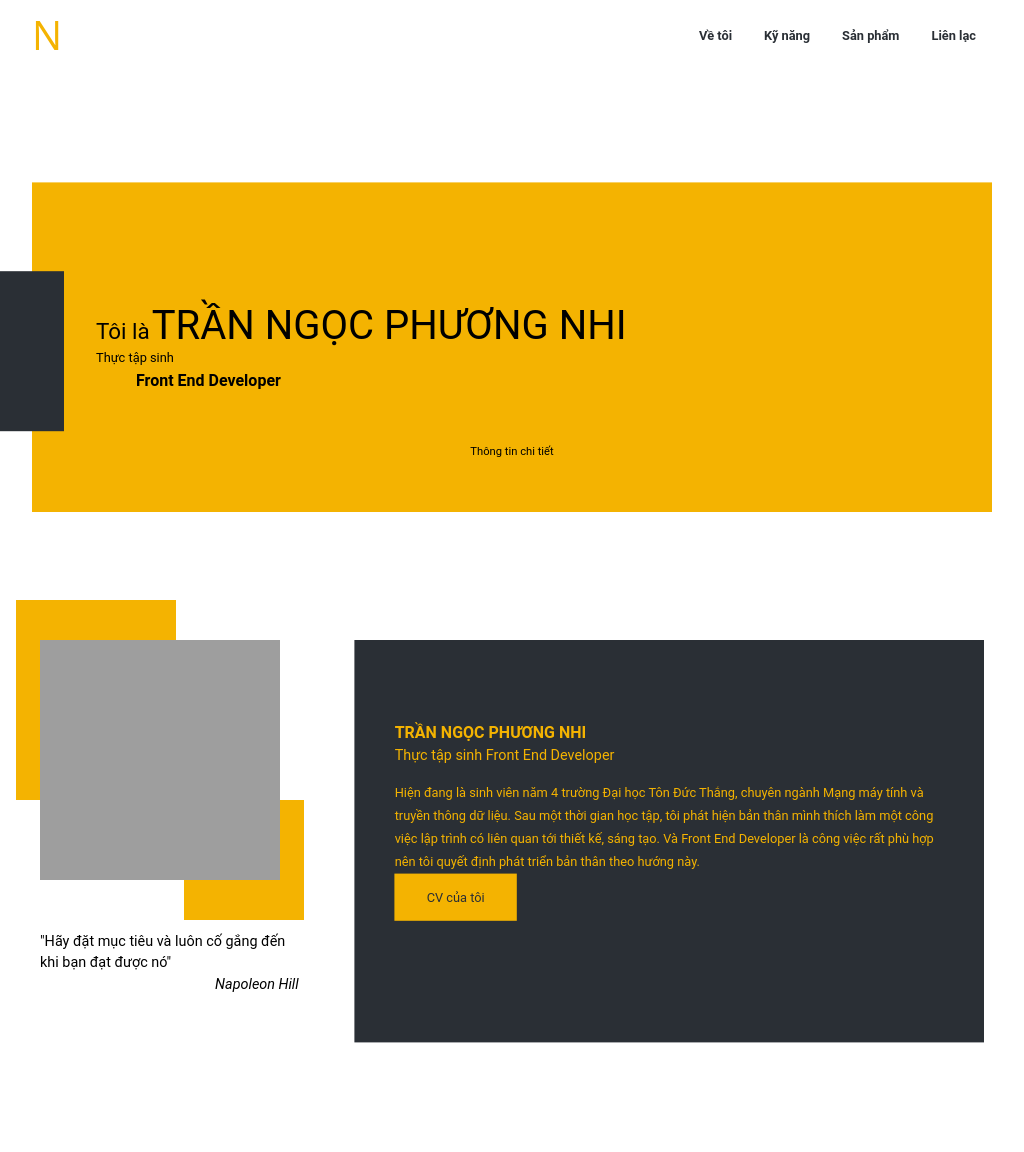
Repository: TranNgocPhuongNhi/my-portfolio
Page: index.html
These files come from the project's save history. The page is drawn as it stood at one moment and after the next save; the edit follows.
The browser window is 1280 px wide. The pictures show the whole page, at 80% of full size.
Pictures or frames that could not be fetched are drawn as grey boxes. Some icons come from a web library that is not loaded, so they are not drawn. Some web libraries are served in a nearby version.

Above is the page before, as saved 2021-07-04 16:30:18.

After the next save:
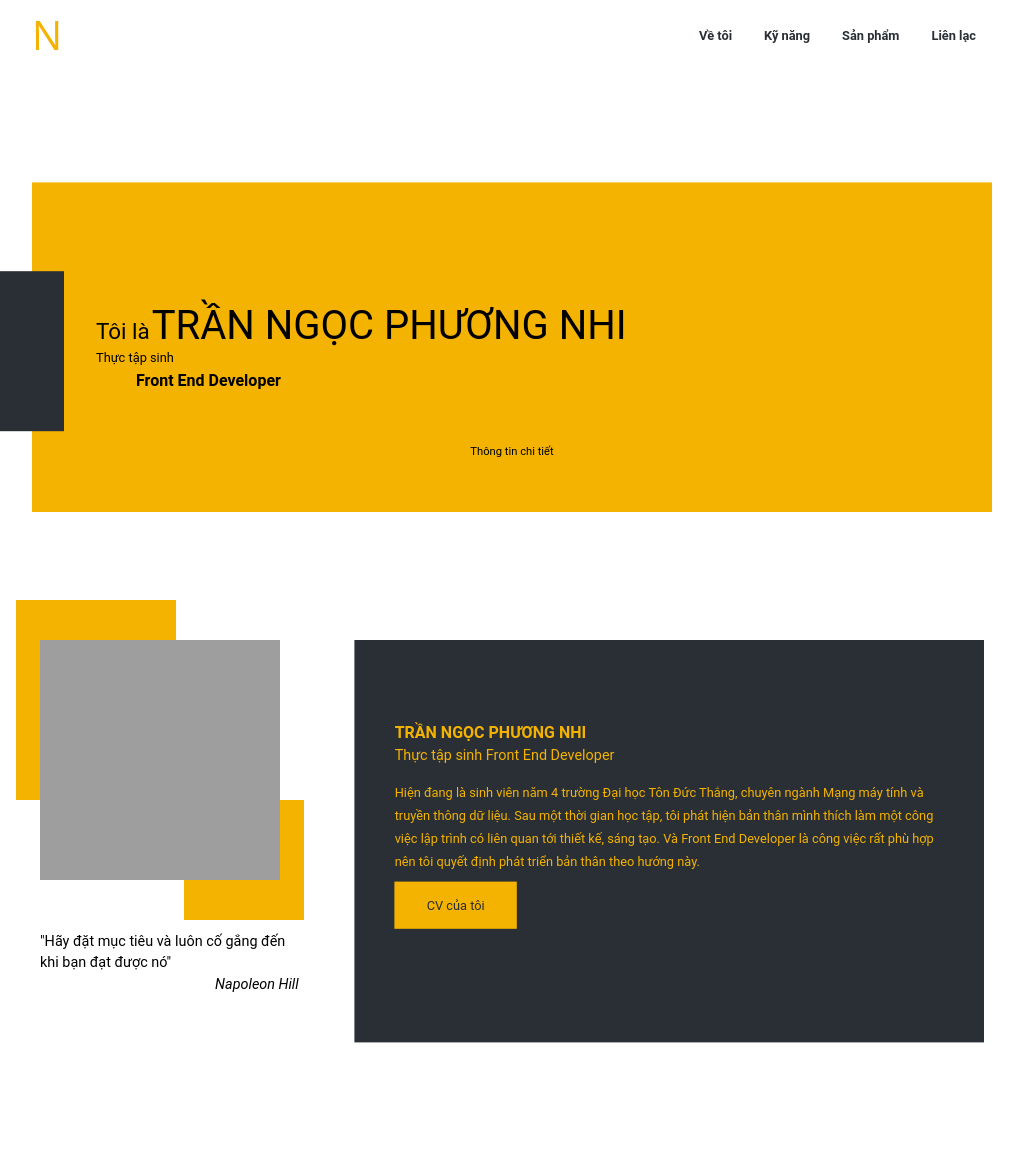
Saved 12 s later.
--- a/resources/css/main.css
+++ b/resources/css/main.css
@@ -230,7 +230,7 @@ a {
     color: var(--primary1);
     font-size: 1.6rem;
     line-height: 1.8;
-    margin-bottom: 2rem;
+    margin-bottom: 3rem;
 }
 
 .about__CV {
